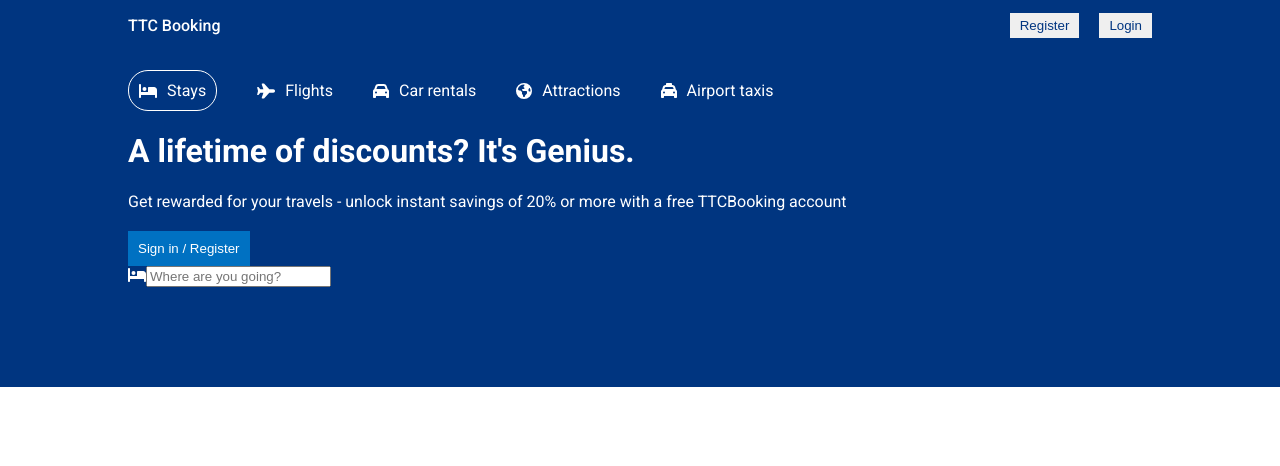
Repository: CarsonDev1/booking-app
Page: /
The author's editor kept a copy of each file at every save. The page is drawn from the files as they stood at one save, then again after the next save.
The browser window is 1280 px wide. The pictures show the whole page.
The project was rebuilt for these pictures with package versions that can differ from the ones it lists, and the page was loaded fresh each time. Also part of the build but not shown: src/pages/home/home.css, src/pages/hotel/Hotel.jsx, src/pages/list/List.jsx.

Above is the page before, as saved 2022-12-03 00:59:14.

### public/index.html
<!DOCTYPE html>
<html lang="en">

<head>
  <meta charset="utf-8" />
  <link rel="icon" href="%PUBLIC_URL%/favicon.ico" />
  <meta name="viewport" content="width=device-width, initial-scale=1" />
  <meta name="theme-color" content="#000000" />
  <meta name="description" content="Web site created using create-react-app" />
  <link rel="apple-touch-icon" href="%PUBLIC_URL%/logo192.png" />
  <!--
      manifest.json provides metadata used when your web app is installed on a
      user's mobile device or desktop. See https://developers.google.com/web/fundamentals/web-app-manifest/
    -->
  <link rel="manifest" href="%PUBLIC_URL%/manifest.json" />
  <link rel="preconnect" href="https://fonts.googleapis.com">
  <link rel="preconnect" href="https://fonts.gstatic.com" crossorigin>
  <link
    href="https://fonts.googleapis.com/css2?family=Poppins:ital,wght@0,400;0,500;0,600;0,700;0,800;1,400;1,500;1,600;1,700&family=Roboto:ital,wght@0,300;0,400;0,500;0,700;1,300;1,400;1,500;1,700&display=swap"
    rel="stylesheet">
  <!--
      Notice the use of %PUBLIC_URL% in the tags above.
      It will be replaced with the URL of the `public` folder during the build.
      Only files inside the `public` folder can be referenced from the HTML.

      Unlike "/favicon.ico" or "favicon.ico", "%PUBLIC_URL%/favicon.ico" will
      work correctly both with client-side routing and a non-root public URL.
      Learn how to configure a non-root public URL by running `npm run build`.
    -->
  <title>React App</title>
</head>

<body>
  <noscript>You need to enable JavaScript to run this app.</noscript>
  <div id="root"></div>
  <!--
      This HTML file is a template.
      If you open it directly in the browser, you will see an empty page.

      You can add webfonts, meta tags, or analytics to this file.
      The build step will place the bundled scripts into the <body> tag.

      To begin the development, run `npm start` or `yarn start`.
      To create a production bundle, use `npm run build` or `yarn build`.
    -->
</body>

</html>

### src/index.css
body {
	margin: 0;
	padding: 0;
	box-sizing: border-box;
	font-family: "Roboto", sans-serif;
}

### src/App.js
import { BrowserRouter, Routes, Route } from "react-router-dom";
import Home from "./pages/home/Home";
import Hotel from "./pages/hotel/Hotel";
import List from "./pages/list/List";
function App() {
	return (
		<BrowserRouter>
			<Routes>
				<Route path="/" element={<Home />} />
				<Route path="/hotels" element={<List />} />
				<Route path="/hotels/:id" element={<Hotel />} />
			</Routes>
		</BrowserRouter>
	);
}

export default App;

### src/pages/home/Home.jsx
import Header from "../../components/header/Header";
import Navbar from "../../components/navbar/Navbar";
import "./home.css";

const Home = () => {
	return (
		<div>
			<Navbar />
			<Header />
		</div>
	);
};

export default Home;

### src/components/header/Header.jsx
import {
	faBed,
	faCar,
	faEarth,
	faMountain,
	faPlane,
	faTaxi,
} from "@fortawesome/free-solid-svg-icons";
import { FontAwesomeIcon } from "@fortawesome/react-fontawesome";
import "./header.css";

const Header = () => {
	return (
		<div className="header">
			<div className="headerContainer">
				<div className="headerList">
					<div className="headerListItem active">
						<FontAwesomeIcon icon={faBed} />
						<span>Stays</span>
					</div>
					<div className="headerListItem">
						<FontAwesomeIcon icon={faPlane} />
						<span>Flights</span>
					</div>
					<div className="headerListItem">
						<FontAwesomeIcon icon={faCar} />
						<span>Car rentals</span>
					</div>
					<div className="headerListItem">
						<FontAwesomeIcon icon={faEarth} />
						<span>Attractions</span>
					</div>
					<div className="headerListItem">
						<FontAwesomeIcon icon={faTaxi} />
						<span>Airport taxis</span>
					</div>
				</div>
				<h1 className="headerTitle">
					A lifetime of discounts? It's Genius.
				</h1>
				<p className="headerDesc">
					Get rewarded for your travels - unlock instant savings of
					20% or more with a free TTCBooking account
				</p>
				<button className="headerBtn">Sign in / Register</button>
				<div className="headerSearch">
					<div className="headerSearchItem">
						<FontAwesomeIcon icon={faBed} className="headerIcon" />
						<input
							type="text"
							placeholder="Where are you going?"
							className="headerSearchInput"
						/>
					</div>
				</div>
			</div>
		</div>
	);
};

export default Header;

### src/components/navbar/Navbar.jsx
import "./navbar.css";

const NavBar = () => {
	return (
		<div className="navbar">
			<div className="navContainer">
				<span className="logo">TTC Booking</span>
				<div className="navItems">
					<button className="navButton">Register</button>
					<button className="navButton">Login</button>
				</div>
			</div>
		</div>
	);
};

export default NavBar;

### src/components/header/header.css
.header {
	background-color: #003580;
	color: white;
	display: flex;
	justify-content: center;
}
.headerContainer {
	width: 100%;
	max-width: 1024px;
	margin: 20px 0px 100px 0px;
}
.headerList {
	display: flex;
	gap: 40px;
}
.headerListItem {
	display: flex;
	align-items: center;
	gap: 10px;
}
.headerListItem.active {
	border: 1px solid white;
	padding: 10px;
	border-radius: 20px;
}
.headerDesc {
	margin: 20px 0px;
}
.headerBtn {
	background-color: #0071c2;
	color: white;
	font-weight: 500;
	border: none;
	padding: 10px;
	cursor: pointer;
}

### src/components/navbar/navbar.css
.navbar {
	height: 50px;
	background-color: #003580;
	display: flex;
	justify-content: center;
}
.navContainer {
	width: 100%;
	max-width: 1024px;
	color: white;
	display: flex;
	align-items: center;
	justify-content: space-between;
}
.logo {
	font-weight: 500;
}
.navButton {
	margin-left: 20px;
	border: none;
	padding: 5px 10px;
	cursor: pointer;
	color: #003580;
}

Loaded but not shown: src/index.js (common file)

After the next save:
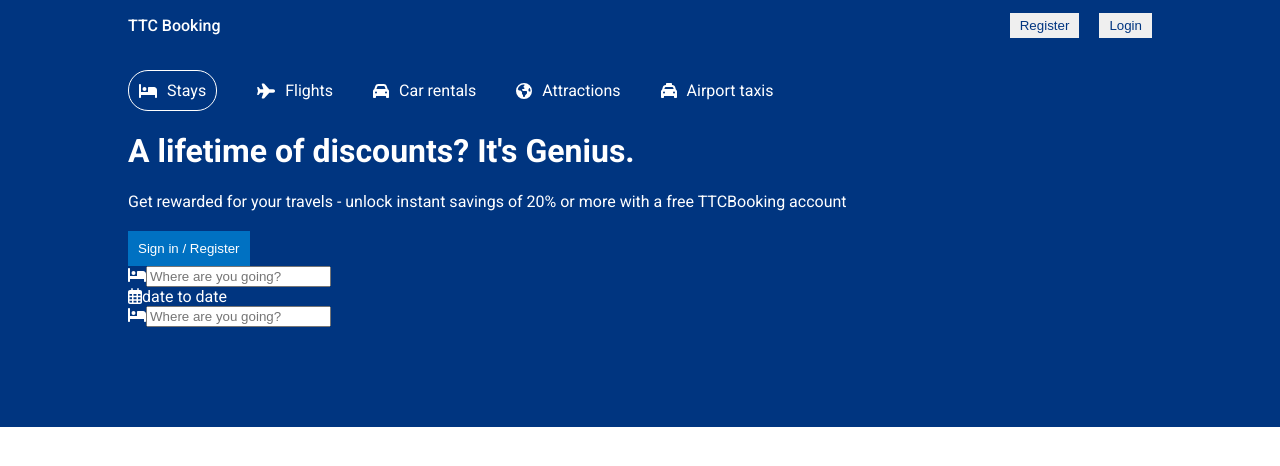
Saved 98 s later.
--- a/src/components/header/Header.jsx
+++ b/src/components/header/Header.jsx
@@ -1,3 +1,4 @@
+import { faCalendarDays } from "@fortawesome/free-regular-svg-icons";
 import {
 	faBed,
 	faCar,
@@ -52,6 +53,21 @@ const Header = () => {
 							className="headerSearchInput"
 						/>
 					</div>
+					<div className="headerSearchItem">
+						<FontAwesomeIcon
+							icon={faCalendarDays}
+							className="headerIcon"
+						/>
+						<span className="headerSearchText">date to date</span>
+					</div>
+					<div className="headerSearchItem">
+						<FontAwesomeIcon icon={faBed} className="headerIcon" />
+						<input
+							type="text"
+							placeholder="Where are you going?"
+							className="headerSearchInput"
+						/>
+					</div>
 				</div>
 			</div>
 		</div>
